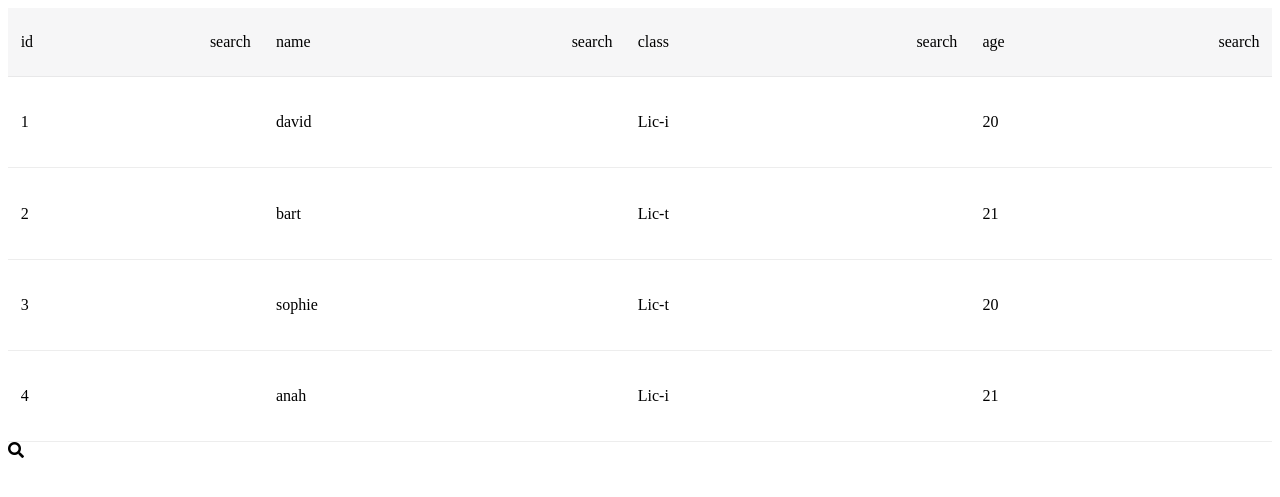
Repository: mrDav90/simple-htmlTable-generator
Page: index.html
These files come from the project's save history. The page is drawn as it stood at one moment and after the next save; the edit follows.
The browser window is 1280 px wide. The pictures show the whole page.
Some web libraries are served in a nearby version.

Above is the page before, as saved 2022-08-09 18:28:48.

### index.html
<!DOCTYPE html>
<html lang="en">
<head>
    <meta charset="UTF-8">
    <meta http-equiv="X-UA-Compatible" content="IE=edge">
    <meta name="viewport" content="width=device-width, initial-scale=1.0">
    <title> Document</title>
    <link rel="stylesheet" href="./table.css">
    <script  type="text/javascript"  src="./table.js" ></script>

    <script src="https://kit.fontawesome.com/a33530bb41.js" crossorigin="anonymous"></script>
    <link rel="stylesheet" href="https://use.fontawesome.com/releases/v5.15.4/css/all.css">
</head>
<body>
    <div class="tableContainer" >

    </div>

    <i class="fas fa-search"></i>

</body>
</html>

### table.css
*{
    font-family: serif;
}
table,tr,th,td{
    border-collapse: collapse;
}
table{
    width: 100%;
}
tr{
    border-bottom: 1px solid  rgba(220, 220, 220, 0.5);
}
th{
    height: 6vh ;
    width: auto;
    font-weight: normal;
    padding: 1%;
    background: #f6f6f7;
}
td{
    height: 9vh;
    padding: 1%;
}
tr:not(.tr-header):hover {
    background-color: rgba(220, 220, 220, 0.5);
    transition: all 0.2s;
}

.optionContent{
    width: 100%;
    display: flex;
    justify-content: space-around;
    align-items: center;
}

.edit{
    color: #0097e6;
    cursor: pointer;
}

.delete{
    color: #e84118;
    cursor: pointer;
}

### table.js
document.addEventListener("DOMContentLoaded" , ()=> {

    function ninjavidTable (object) {
        // table generator
        console.log("------------------------");
        console.log("Simple table generator");
        console.log("------------------------");

        // this , to return the maximum length of object for defining column count
        function getColumnCount() {
            let initValue = (Object.keys(data[0])).length ;
            for (let i = 1; i < data.length; i++) {
                if ((Object.keys(data[i])).length > initValue ) {
                    initValue = (Object.keys(data[i])).length ;
                }
            }
            return initValue;
        }

        // init variables
        let titles = object.titles;
        let data = object.data ;
        let rowCount = data.length;
        let columnCount =  getColumnCount();
        let table = document.createElement("table");
        let tr = null;

        // creation of table header
        tr = document.createElement("tr");
        tr.classList = "tr-header"
        for (let i = 0; i < columnCount; i++) {
            let th = document.createElement("th");
            let div = document.createElement("div");
            div.style.width = "100%"
            div.style.display = "flex"
            div.style.justifyContent = "space-between"
            let div1 = document.createElement("div");
            div1.textContent = titles[i]
            let div2 = document.createElement("div");
            div2.textContent = "search"

            div.appendChild(div1);
            div.appendChild(div2);
            th.appendChild(div)
            tr.appendChild(th);
        }
        table.appendChild(tr);


        // creation of table body
        for (let i = 0; i < rowCount; i++) {
            tr = document.createElement("tr");
            for (const [key , value] of Object.entries(data[i]) ) {
                //console.log(`${key}: ${value}`);
                td = document.createElement("td");
                td.textContent = value ? value : "not specified"
                tr.appendChild(td);
            }
            table.appendChild(tr);
        }

        // display Table
        document.querySelector(".tableContainer").appendChild(table);

    }


    const theData = [
        {
            id : 1 ,
            name : "david" ,
            class : "Lic-i" ,
            age : 20
        } ,
        {
            id : 2 ,
            name : "bart" ,
            class : "Lic-t" ,
            age : 21
        } ,
        {
            id : 3 ,
            name : "sophie" ,
            class : "Lic-t" ,
            age : 20
        } ,
        {
            id : 4,
            name : "anah" ,
            class : "Lic-i" ,
            age : 21
        } ,
    ]

    ninjavidTable({
        titles : ["id" , "name" , "class" , "age"] ,
        data : theData ,
    });

})

After the next save:
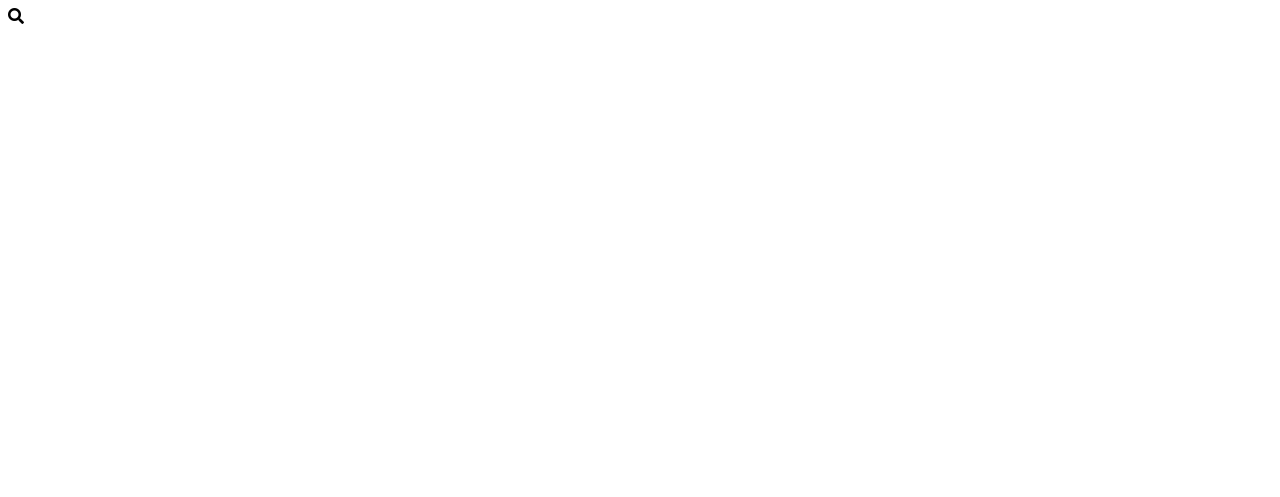
Console error: ReferenceError: Cannot access 'i' before initialization
Saved 79 s later.
--- a/table.js
+++ b/table.js
@@ -37,6 +37,8 @@
             let div1 = document.createElement("div");
             div1.textContent = titles[i]
             let div2 = document.createElement("div");
+            let i = document.createElement("i");
+            i.classList= "fas fa-search"
             div2.textContent = "search"
 
             div.appendChild(div1);

After the 2 saves that followed:
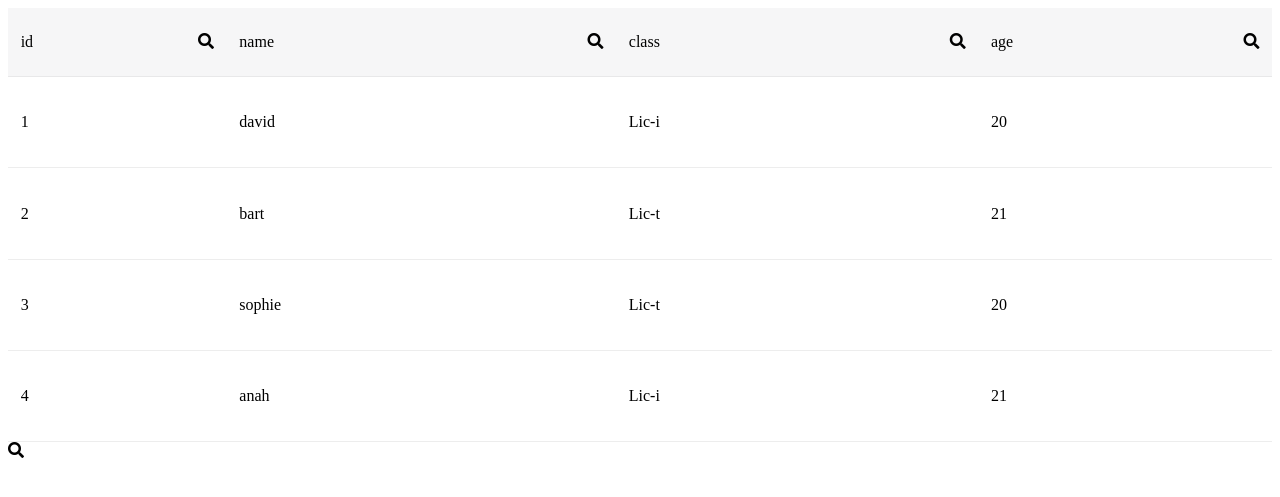
The error is gone.
The 2 saves are shown as one change because 1 left the picture as it was.
The last was saved 67 s later.
--- a/table.js
+++ b/table.js
@@ -37,9 +37,10 @@
             let div1 = document.createElement("div");
             div1.textContent = titles[i]
             let div2 = document.createElement("div");
-            let i = document.createElement("i");
-            i.classList= "fas fa-search"
-            div2.textContent = "search"
+            let icon = document.createElement("i");
+            icon.classList= "fas fa-search"
+            //div2.textContent = "search"
+            div2.appendChild(icon)
 
             div.appendChild(div1);
             div.appendChild(div2);
